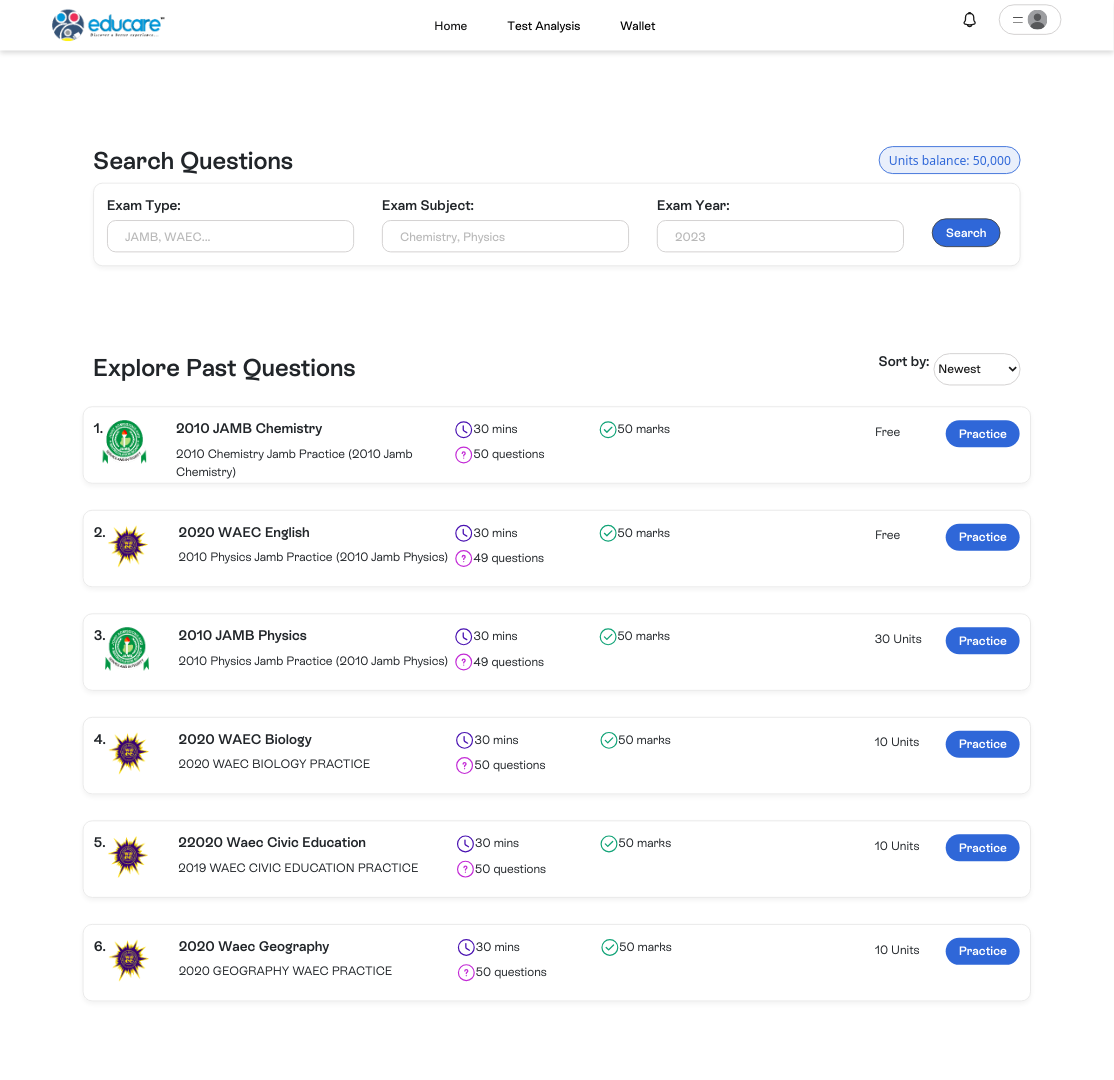
Repository: sarahnnanyelugo/educare-cbt
Page: /exam-list
The author's editor kept a copy of each file at every save. The page is drawn from the files as they stood at one save, then again after the next save.
The browser window is 1280 px wide. The pictures show the whole page, at 87% of full size.
The project was rebuilt for these pictures with package versions that can differ from the ones it lists, and the page was loaded fresh each time. Also part of the build but not shown: src/components/Form/SignUpForm.js, src/pages/AuthenticationPage/auth.scss, src/pages/AuthenticationPage/AuthenticationPage.js, src/components/TestModal/test-modal.scss, src/components/EducareNavBar/MobileDrop/Mobile-drop.js, src/pages/TestInstructions/TestInstructions.js, src/TestData/walletData.js, src/pages/Wallet/Activity.js and 38 more. Imported but missing from the stored project, and not drawn on this page: src/components/Form/Password, src/components/GoogleButton/GoogleButton.

Above is the page before, as saved 2023-11-13 14:59:16.

After the next save:
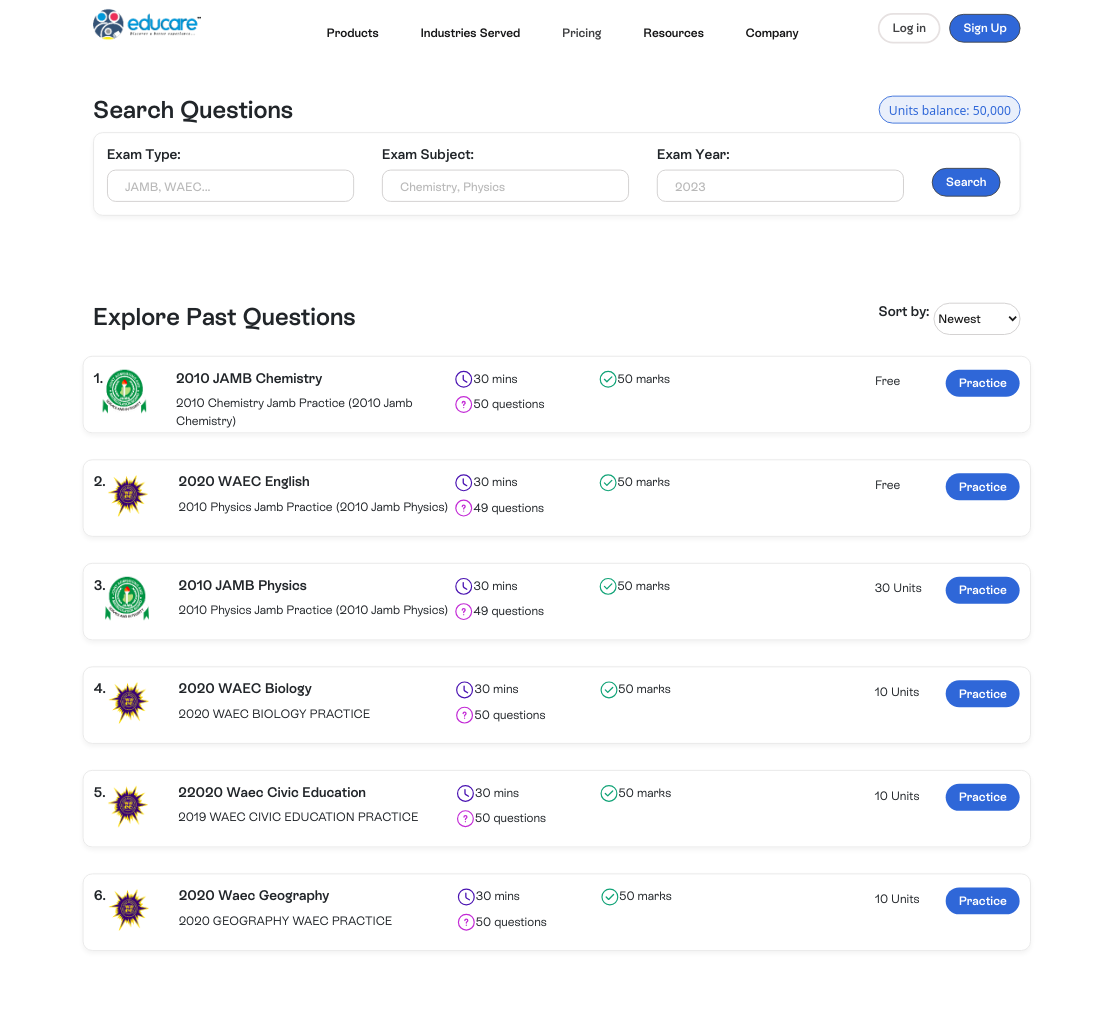
Saved 42 s later.
--- a/src/pages/ExamList/ExamList.js
+++ b/src/pages/ExamList/ExamList.js
@@ -18,7 +18,7 @@
 
   return (
     <>
-      <div>{user !== undefined ? <Navbar /> : <EducareNavBar />}</div>
+      <div>{user === undefined ? <Navbar /> : <EducareNavBar />}</div>
       <div className="home-div col-md-10 offset-md-1 mt5">
         <div className="flexy flexyM unit">
           <h3>Search Questions</h3>

After the save that followed:
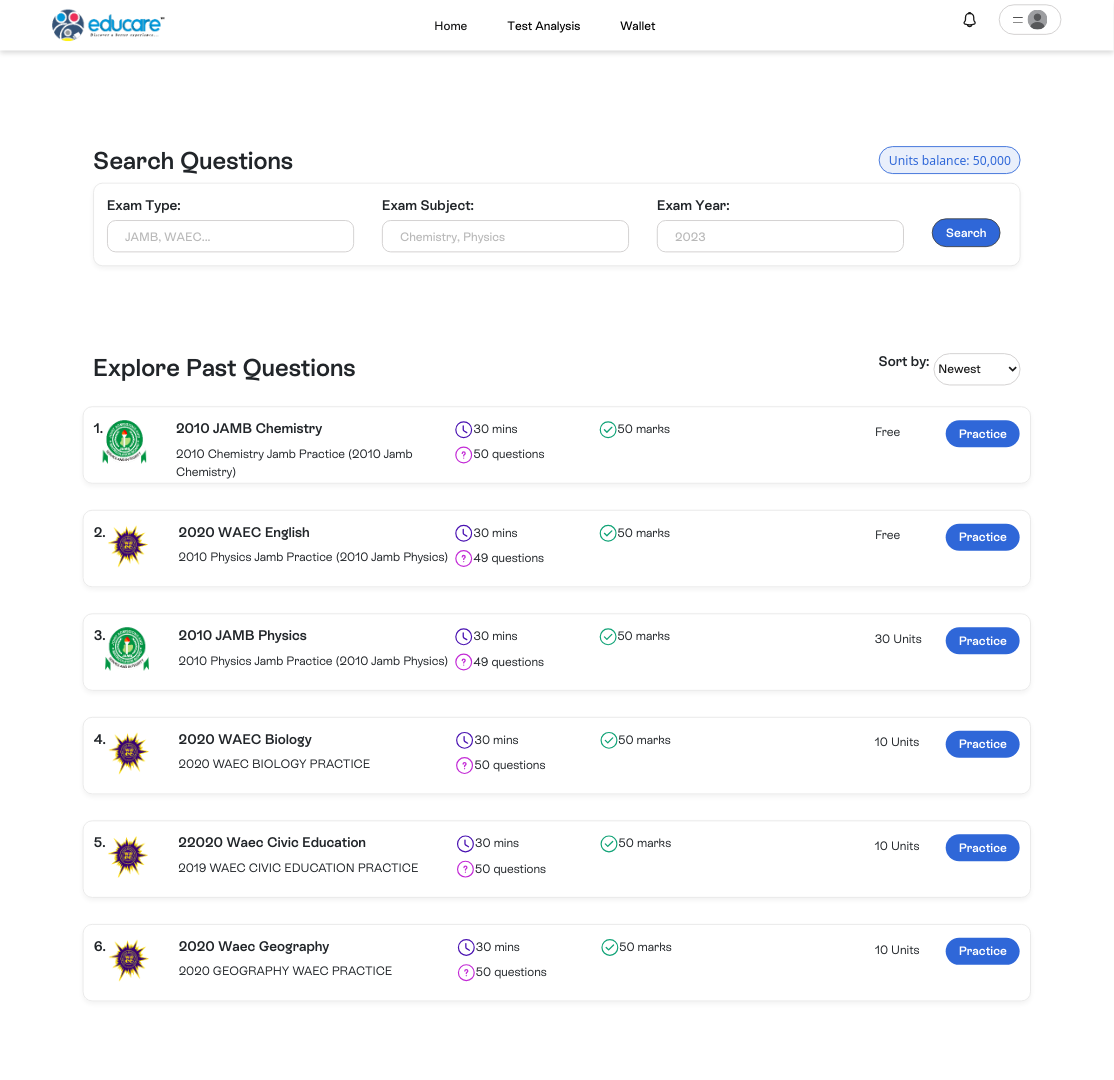
Saved 7 s later.
--- a/src/pages/ExamList/ExamList.js
+++ b/src/pages/ExamList/ExamList.js
@@ -18,7 +18,7 @@
 
   return (
     <>
-      <div>{user === undefined ? <Navbar /> : <EducareNavBar />}</div>
+      <div>{user !== undefined ? <Navbar /> : <EducareNavBar />}</div>
       <div className="home-div col-md-10 offset-md-1 mt5">
         <div className="flexy flexyM unit">
           <h3>Search Questions</h3>
